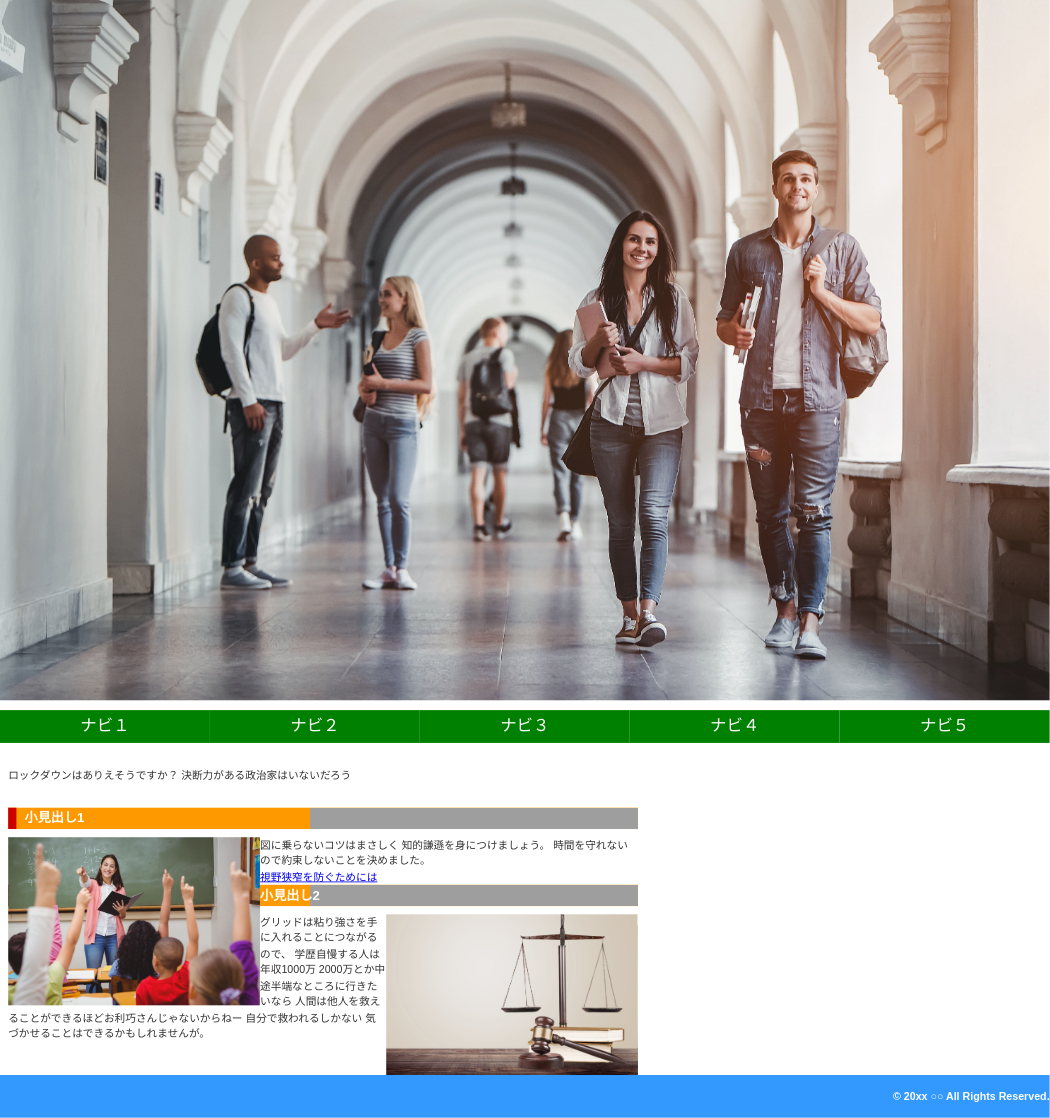
Repository: to-ya-musashi/samurai_HTML-CSS
Page: home.html
The author's editor kept a record of every edit. The page is drawn from the files as they stood at one moment, then again after the next edit.
The browser window is 1280 px wide. The pictures show the whole page, at 82% of full size.
Pictures or frames that could not be fetched are drawn as grey boxes.

Above is the page before.

### home.html
<!DOCTYPE html>
<html lang="ja">
<head>
    <meta charset="UTF-8">
    <meta name="viewport" content="width=device-width, initial-scale=1.0">
    <meta http-equiv="X-UA-Compatible" content="ie=edge">
    <title>HTMLとCSSの学習</title>
    <link rel="stylesheet" href="stylesheet.css" type="text/css" />
</head>
<body>
        <div id="header">
            <h1><a href="index.html"><img id="corridor" src="images/corridor.jpg" alt="大学の廊下" /></a></h1>
        </div>
        <div id="wrapper">
            <div id="nav">
                <ul>
                    <li><a href="home.html">ナビ１</a></li>
                    <li><a href="#">ナビ２</a></li>
                    <li><a href="#">ナビ３</a></li>
                    <li><a href="#">ナビ４</a></li>
                    <li><a href="#">ナビ５</a></li>
                </ul>
            </div>
            <div id = "container">
                <div id="main">
                    <div class="post">
                        <p>ロックダウンはありえそうですか？ 決断力がある政治家はいないだろう</p>
                    </div>
                    <div id="post clearfix">
                        <h2>小見出し1</h2>
                        <img class="left" src="images/classroom.jpg" alt="授業風景" />
                        <p>
                            図に乗らないコツはまさしく 知的謙遜を身につけましょう。
                            時間を守れないので約束しないことを決めました。

                        </p>
                        <p><a href="#">視野狭窄を防ぐためには</a></p>
                    </div>
                    <div id="post clearfix">
                        <h2>小見出し2</h2>
                        <img class="right" src="images/scale.jpg" alt="天秤" />
                        <p>
                            グリッドは粘り強さを手に入れることにつながるので、
                            学歴自慢する人は年収1000万 2000万とか中途半端なところに行きたいなら
                            人間は他人を救えることができるほどお利巧さんじゃないからねー
                            自分で救われるしかない 気づかせることはできるかもしれませんが。
                        </p>
                        <!--<p><a href="#">視野狭窄を防ぐためには</a></p>-->
                    </div>

                </div>

            </div>
        </div>
        <div id="footer">
            <p>&copy; 20xx ○○ All Rights Reserved.</p>
        </div>
</body>
</html>

### stylesheet.css
@charset "utf-8";

/*--------------------- header -----------------------*/

 #header {
 	width: 100%;
 }
 #header h1 {
 	 margin: 0;
	 padding: 0;
 }

 #corridor {
     width: 100%;
	 height: auto;
 }
/*---------------------body----------------------------*/

body {
    margin: 0;
    padding: 0;
    font-family: "ヒラギノ角ゴ Pro W3", "Hiragino Kaku Gothic Pro", "メイリオ", Meiryo, Osaka, "ＭＳ Ｐゴシック", "MS PGothic", sans-serif;
    color: #333;
    font-size: 13px;
    line-height: 150%;
}

/* -------------------- wrapper -------------------- */

#wrapper {
    width: 100%;
    margin: auto;
    padding: 0px;
    border: 0px;
    background-color: #fff;
    top: 10px;
    position: relative;
}

/*--------------------- size -----------------------*/

/*.size {*/
/*    height: 1000px;*/
/*}*/

/* -------------------- footer -------------------- */

#footer {
    clear: both;
    width:100%;
    padding:3px 0;
    background-color: #39F;
    color: #fff;
    font-weight: bold;
    text-align: right;
}

/* -------------------  nav -----------------------*/
#nav {
    width: 100%;
}

#nav ul {
    margin: 0;
    padding: 0;
    list-style-type: none;
}

#nav ul li {
    float: left;
    width: 20%;
    text-align: center;
}

#nav ul li a {
    display: block;
    height: 20px;
    margin:0;
    padding:10px;
    color: #fff;
    font-size: 20px;
    text-decoration:none;
    background-color: green;
}

#nav ul li a:hover {
    filter: drop-shadow(10px 10px 10px black);
}


/* ---------------- container ---------------------*/
#container {
    width: 100%;
    margin: auto;
    padding: auto;
    padding-top: 20px;
    clear: both;
}

/* ---------------- main ---------------------*/

#main {
	float: left;
	width: 60%;
	padding: 10px 30px 10px 10px;
}

#main h2 {
    margin: 0 0 10px 0;
    padding: 3px 10px 3px 10px;
    color: #fff;
    font-size:16px;
    border-left: solid 10px #C00;
    background: #F90 url(../images/main_h2.jpg) right top repeat-y;
}

#main p {
    margin:0;
    padding:0;
}

#main .post {
    margin-bottom: 30px;
}

#main .post img.right {
    margin-left: 8px;
}

#main .post img.left {
    margin-right: 8px;
}

.right {
    float: right;
    width: 40%;
    height: auto;
}

.left {
    float: left;
    width: 40%;
    height: auto;
}

/* ---------------- clearfix ---------------------*/
.clearfix {
    zoom: 1;
}

.clearfix:after {
    content:"";
    display:block;
    clear: both;
}


/* ---------------  side  -------------------------*/

#side {
    float: right;
    width: 30%;
    padding:20px;
    background-color: #F99;
}

#side .box{
    margin: 0 auto 30px auto;
    padding: 0 0 20px 0;
    background: url(images/side_box.png) bottom no-repeat;
}

#side .box h2 {
    margin: 0;
    padding:8px;
    text-align:center;
    color:#fff;
    font-size:16px;
    line-height:16px;
    font-weight:normal;
    background:url(images/side_box_h2.png) center no-repeat;
}

#side .box .boxBody {
    padding: 8px;
    border-right:solid 1px #C36;
    border-bottom:solid 1px #C36;
    border-left:solid 1px #C36;
    background: #fff;
}

#side .box .boxBody ul {
    margin: 0 0 16px 0;
    padding: 0;
}

#side .box .boxBody ul li {
    padding:8px 0 8px 4px;
    list-style-type: none;
    border-bottom:solid 1px #C36;
}

After the next edit:
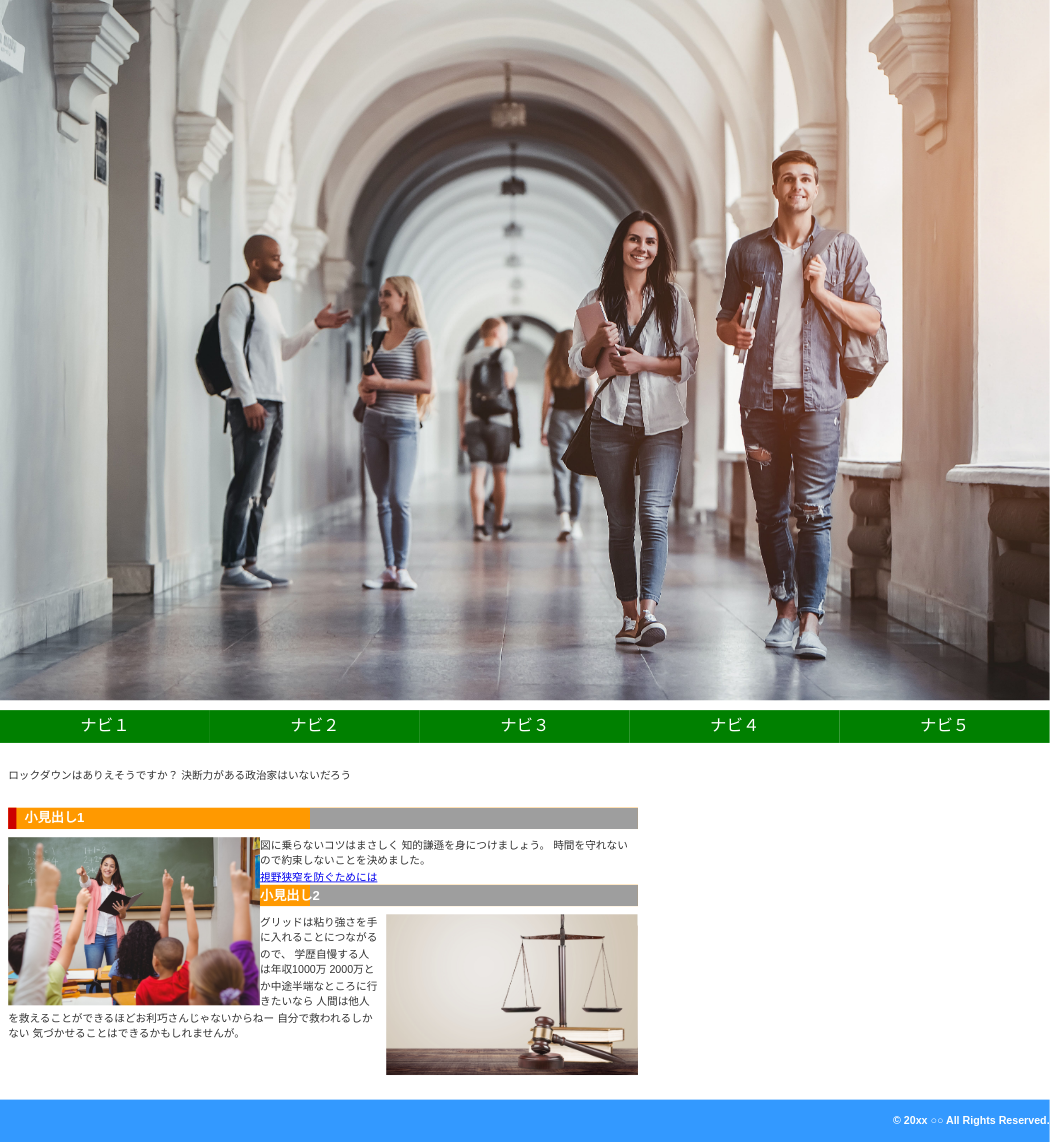
The edit:
--- a/home.html
+++ b/home.html
@@ -36,7 +36,7 @@
                         </p>
                         <p><a href="#">視野狭窄を防ぐためには</a></p>
                     </div>
-                    <div id="post clearfix">
+                    <div class="post clearfix">
                         <h2>小見出し2</h2>
                         <img class="right" src="images/scale.jpg" alt="天秤" />
                         <p>
